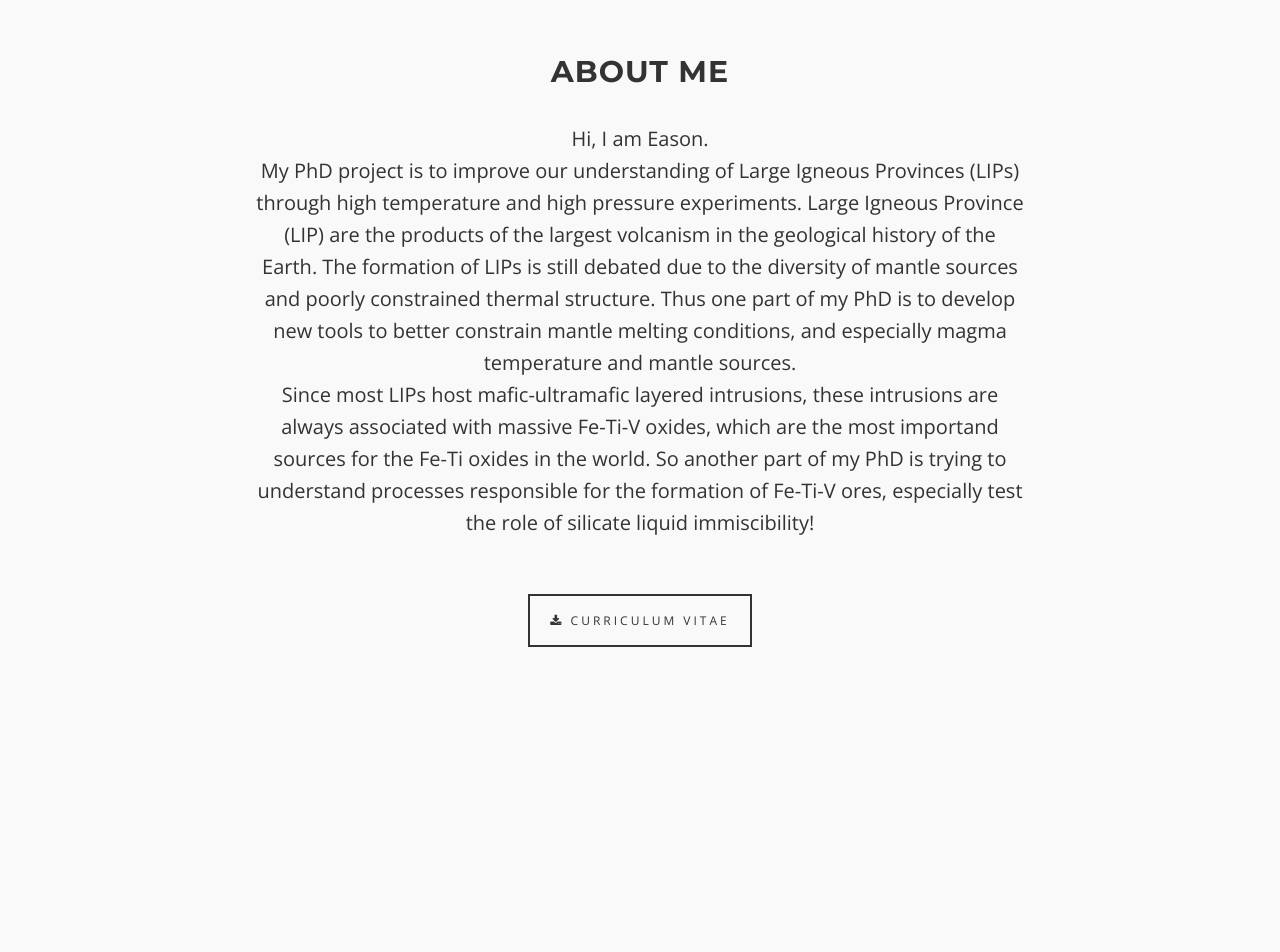
Repository: eazzzon/eazzzon.github.io
Page: aries-v1.0/index.html
An editor plug-in stored every save of this project. The page is shown before and after the next save, followed by the edit.
The browser window is 1280 px wide. The pictures show the part of the page from y = 815 to 1767 px (the page is 2228 px tall).

Above is the page before, as saved 2021-06-12 09:52:50.

### aries-v1.0/index.html
<!DOCTYPE html>
<html lang="en">
<head>
<meta charset="utf-8">
<meta http-equiv="X-UA-Compatible" content="IE=edge">
<meta name="viewport" content="width=device-width, initial-scale=1">
<meta name="description" content="">
<meta name="author" content="">
<title>yishen.zhang</title>
<!-- Bootstrap Core CSS -->
<link href="css/bootstrap.min.css" rel="stylesheet">
<!-- Custom CSS -->
<link href="css/theme.css" rel="stylesheet">
<!-- Custom Fonts -->
<link href="font-awesome/css/font-awesome.min.css" rel="stylesheet" type="text/css">
<link href="http://fonts.googleapis.com/css?family=Open+Sans:300,400,700,400italic,700italic" rel="stylesheet" type="text/css">
<link href="http://fonts.googleapis.com/css?family=Montserrat:400,700" rel="stylesheet" type="text/css">

</head>
<body id="page-top" data-spy="scroll" data-target=".navbar-fixed-top">
<!-- Navigation -->
<nav class="navbar navbar-custom navbar-fixed-top" role="navigation">
<div class="container">
	<div class="navbar-header">
		<button type="button" class="navbar-toggle" data-toggle="collapse" data-target=".navbar-main-collapse">
		<i class="fa fa-bars"></i>
		</button>
		<a class="navbar-brand page-scroll" href="index.html">
		YISHEN </a>
	</div>
	<!-- Collect the nav links, forms, and other content for toggling -->
	<div class="collapse navbar-collapse navbar-right navbar-main-collapse">
		<ul class="nav navbar-nav">
			<li>
			<a href="index.html">Home</a>
			</li>
			<li>
			<a href="portfolio-item.html">publication</a>
			</li>
			<li>
			<a href="contact.html">open source</a>
			</li>
			<li>
			<a href="page-sample.html">blog</a>
			</li>
		</ul>
	</div>
	<!-- /.navbar-collapse -->
</div>
<!-- /.container -->
</nav>
<!-- Intro Header -->
<header class="intro">
<div class="intro-body">
	<div class="container">
		<div class="row">
			<div class="col-md-8 col-md-offset-2">
				<h1 class="brand-heading">YISHEN ZHANG</h1>
				<p class="intro-text">
					PhD | Experimental petrologist | KU Leuven
				</p>
				<a href="#about" class="btn btn-circle page-scroll">
				<i class="fa fa-angle-double-down animated"></i>
				</a>
			</div>
		</div>
	</div>
</div>
</header>
<!-- About Section -->

<section id="about">
<div class="container content-section text-center">
	<div class="row">
		<h2 >ABOUT ME</h2>
		<div class="col-lg-8 col-lg-offset-2">
			<p>
				Hi, I am Eason.
				<br>
				My PhD project is to improve our understanding of Large Igneous Provinces (LIPs) through high temperature and high pressure experiments.
				Large Igneous Province (LIP) are the products of the largest volcanism in the geological history of the Earth.
				The formation of LIPs is still debated due to the diversity of mantle sources and poorly constrained thermal structure. Thus one part of my PhD is to develop new tools to better constrain mantle melting conditions, and especially magma temperature and mantle sources.
				<br>
				Since most LIPs host mafic-ultramafic layered intrusions, these intrusions are always associated with massive Fe-Ti-V oxides, which are the most importand sources for the Fe-Ti oxides in the world. So another part of my PhD is trying to understand processes responsible for the formation of Fe-Ti-V ores, especially test the role of silicate liquid immiscibility!

			</p>
			<p>
				<a href="#" class="btnghost"><i class="fa fa-download"></i> Curriculum Vitae</a>
			</p>
		</div>
	</div>
</div>
</section>


<!-- Contact Section -->
<section id="contact">
<div class="container content-section text-center">
	<div class="row">
		<div class="col-lg-8 col-lg-offset-2">
			<h2>CONTACT ME</h2>
			<p>
				<i><a href="yishen.zhang@kuleuven.be" style="border-bottom:1px dashed #ccc;">yishen.zhang@kuleuven.be</a></i>
			</p>
			<ul class="list-inline banner-social-buttons">
				<li>
				<a href="https://twitter.com/wowthemesnet" class="btn btnghost btn-lg"><i class="fa fa-twitter fa-fw"></i><span class="network-name">Twitter</span></a>
				</li>
				<li>
				<a href="https://www.facebook.com/pages/wowthemesnet/562560840468823" class="btn btnghost btn-lg"><i class="fa fa-facebook fa-fw"></i><span class="network-name">Facebook</span></a>
				</li>
				<li>
				<a href="https://plus.google.com/u/0/b/110916582192388695332/110916582192388695332/posts" class="btn btnghost btn-lg"><i class="fa fa-google-plus fa-fw"></i><span class="network-name">Google+</span></a>
				</li>
			</ul>
		</div>
	</div>
</div>
</section>
<!-- Footer -->
<footer>
<div class="container text-center">
	<p class="credits">
		twitter, github, kuleuven page
	</p>
</div>
</footer>
<!-- jQuery -->
<script src="js/jquery.js"></script>
<!-- Bootstrap Core JavaScript -->
<script src="js/bootstrap.min.js"></script>
<!-- Plugin JavaScript -->
<script src="js/jquery.easing.min.js"></script>
<!-- Custom Theme JavaScript -->
<script src="js/theme.js"></script>
</body>
</html>

### aries-v1.0/css/theme.css
/* Aries v1.0 - by WowThemes.net */
body {
	width:100%;
	height:100%;
	font-family:Open Sans,"Helvetica Neue",Helvetica,Arial,sans-serif;
	color:#fff;
	background-color:#000;
	 font-weight:300;
}
html {
	width:100%;
	height:100%;
}
h1,h2,h3,h4,h5,h6 {
	margin:0 0 35px;
	text-transform:uppercase;
	font-family:Montserrat,"Helvetica Neue",Helvetica,Arial,sans-serif;
	font-weight:700;
	letter-spacing:1px;
}
p {
	margin:0 0 25px;
	font-size:18px;
	line-height:1.5;
}
@media(min-width:768px) {
	p {
		margin:0 0 35px;
		font-size:20px;
		line-height:1.6;
	}
}
a {
	color:inherit;
	-webkit-transition:all .2s ease-in-out;
	-moz-transition:all .2s ease-in-out;
	transition:all .2s ease-in-out;
}
a:hover,a:focus {
	text-decoration:none;
	color:inherit;
}
.light {
	font-weight:400;
}
.navbar-custom {
	margin-bottom:0;
	border-bottom:1px solid rgba(255,255,255,.3);
	text-transform:uppercase;
	font-family:Montserrat,"Helvetica Neue",Helvetica,Arial,sans-serif;
	background-color:#000;
}
.navbar-custom .navbar-brand {
	font-size:20px;
	text-transform:none;
	letter-spacing:1px;
}
.navbar-custom .navbar-brand:focus {
	outline:0;
}
.navbar-custom .navbar-brand .navbar-toggle {
	padding:4px 6px;
	font-size:16px;
	color:#fff;
}
.navbar-custom .navbar-brand .navbar-toggle:focus,.navbar-custom .navbar-brand .navbar-toggle:active {
	outline:0;
}
.navbar-custom a {
}
.navbar-custom .nav li a {
	-webkit-transition:background .3s ease-in-out;
	-moz-transition:background .3s ease-in-out;
	transition:background .3s ease-in-out;
}
.navbar-custom .nav li a:hover {
	outline:0;
	color:#1ba39c;
	background-color:transparent;
}
.navbar-custom .nav li a:focus,.navbar-custom .nav li a:active {
	outline:0;
	background-color:transparent;
}
.navbar-custom .nav li.active {
	outline:0;
}
.navbar-custom .nav li.active a {
	color:#1ba39c;
}
.navbar-custom .nav li.active a:hover {
	color:#1ba39c;
}
@media(min-width:768px) {
	.navbar-custom {
		padding:20px 0;
		border-bottom:0;
		font-size:13px;
		background:0 0;
		-webkit-transition:background .5s ease-in-out,padding .5s ease-in-out;
		-moz-transition:background .5s ease-in-out,padding .5s ease-in-out;
		transition:background .5s ease-in-out,padding .5s ease-in-out;
	}
		 .navbar-custom.top-nav-collapse {
		 padding:0;
		border-bottom:1px solid rgba(255,255,255,.3);
		color:#333;
			background:#fff;
	}
	.navbar-custom.top-nav-collapse a {
		color:#333;
		display:inline-block;
	}
}
.intro {
	display:table;
	width:100%;
	height:auto;
	padding:100px 0 100px 0;
	text-align:center;
	color:#fff;
	background-image:radial-gradient(circle at 50% 50%,rgba(0,0,0,0.46),rgba(0,0,0,0.88)),url('http://unsplash.it/1600/1400?random=9');
	-webkit-background-size:cover;
	-moz-background-size:cover;
	background-size:cover;
	-o-background-size:cover;
}
.intro .intro-body {
	display:table-cell;
	vertical-align:middle;
}
.intro .intro-body .brand-heading {
	font-size:40px;
}
.intro .intro-body .intro-text {
	font-size:18px;
}
@media(min-width:768px) {
	.intro {
		height:100%;
		padding:0;
	}
	.intro .intro-body .brand-heading {
		font-size:60px;
		margin-top:90px;
		margin-bottom:20px;
		border-top:2px solid #fff;
		border-bottom:2px solid #fff;
		display:inline-block;
		padding:10px 0;
	}
	.intro .intro-body .intro-text {
		font-size:20px;
			font-weight:300;
			letter-spacing:3px;
	}
}
.btn-circle {
	width:50px;
	height:50px;
	margin-top:15px;
	line-height:40px;
	text-align:center;
	border:2px solid #fff;
	border-radius:100%!important;
	font-size:20px;
	color:#fff;
	background:0 0;
	-webkit-transition:background .3s ease-in-out;
	-moz-transition:background .3s ease-in-out;
	transition:background .3s ease-in-out;
}
.btn-circle:hover,.btn-circle:focus {
	outline:0;
	color:#fff;
	background:rgba(255,255,255,.1);
}
.btn-circle i.animated {
	-webkit-transition-property:-webkit-transform;
	-webkit-transition-duration:1s;
	-moz-transition-property:-moz-transform;
	-moz-transition-duration:1s;
}
.btn-circle:hover i.animated {
	-webkit-animation-name:pulse;
	-moz-animation-name:pulse;
	-webkit-animation-duration:1.5s;
	-moz-animation-duration:1.5s;
	-webkit-animation-iteration-count:infinite;
	-moz-animation-iteration-count:infinite;
	-webkit-animation-timing-function:linear;
	-moz-animation-timing-function:linear;
}
@-webkit-keyframes pulse {
	0% {
		-webkit-transform:scale(1);
		transform:scale(1);
	}
	50% {
		-webkit-transform:scale(1.2);
		transform:scale(1.2);
	}
	100% {
		-webkit-transform:scale(1);
		transform:scale(1);
	}
}
@-moz-keyframes pulse {
	0% {
		-moz-transform:scale(1);
		transform:scale(1);
	}
	50% {
		-moz-transform:scale(1.2);
		transform:scale(1.2);
	}
	100% {
		-moz-transform:scale(1);
		transform:scale(1);
	}
}
.content-section {
	padding:40px 0;
	clear:both;
}
@media(min-width:767px) {
	.content-section {
		padding:150px 0;
			 clear:both;
	}
}
.btn {
	border-radius:0;
	text-transform:uppercase;
	font-family:Montserrat,"Helvetica Neue",Helvetica,Arial,sans-serif;
	font-weight:400;
	-webkit-transition:all .3s ease-in-out;
	-moz-transition:all .3s ease-in-out;
	transition:all .3s ease-in-out;
}
.btn-default {
	border:1px solid #42dca3;
	color:#42dca3;
	background-color:transparent;
}
.btn-default:hover,.btn-default:focus {
	border:1px solid #42dca3;
	outline:0;
	color:#000;
	background-color:#42dca3;
}
ul.banner-social-buttons {
	margin-top:0;
}
@media(max-width:1199px) {
	ul.banner-social-buttons {
		margin-top:15px;
	}
}
@media(max-width:767px) {
	ul.banner-social-buttons li {
		display:block;
		margin-bottom:20px;
		padding:0;
	}
	ul.banner-social-buttons li:last-child {
		margin-bottom:0;
	}
}
footer {
	padding:40px 0;
	z-index:1;
	position:relative;
	clear:both;
}
footer p {
	margin:0;
	font-size:15px;
}
footer p.credits {
	text-transform:uppercase;
	font-size:13px;
	letter-spacing:3px;
}
::-moz-selection {
	text-shadow:none;
	background:#fcfcfc;
	background:rgba(255,255,255,.2);
}
::selection {
	text-shadow:none;
	background:#fcfcfc;
	background:rgba(255,255,255,.2);
}
img::selection {
	background:0 0;
}
img::-moz-selection {
	background:0 0;
}
body {
	webkit-tap-highlight-color:rgba(255,255,255,.2);
}
.bgblue {
	background:#22292c;
}
.inlineblock {
	display:inline-block;
}
p:last-child {
	margin-bottom:0;
}
p.lead {
	line-height:1.9;
}
.btnghost {
	border:2px solid #333;
	background-color:transparent;
	padding:15px 20px;
	letter-spacing:3px;
	font-size:12px;
	text-transform:uppercase;
	font-weight:400;
	color:#333;
	margin-top:20px;
	display:inline-block;
}
.btnghost:hover {
	background-color:#333;
	color:#fff;
	border:2px solid #333;
}
.bgcover {
	background-size:cover;
	background-repeat:no-repeat;
	position:relative;
}
img {
	max-width:100%;
}
.gallery ul {
	padding:0;
	margin:0;
}
.gallery img {
	max-width:100%;
	height:auto;
	padding:0;
	margin:0;
}
.gallery ul li {
	margin:0;
	position:relative;
	list-style:none;
	float:left;
	padding:0;
}
.gallery ul li a {
	display:block;
	position:relative;
	width:100%;
	height:100%;
	margin:0;
	padding:0;
	line-height:0;
}
.gallery ul li a:before {
	position:absolute;
	width:32px;
	height:32px;
	top:40%;
	left:50%;
	margin:-14px 0 0 -16px;
	/* background: url(data:[embedded picture, 2228 characters]) no-repeat; */
	content:"";
	opacity:0;
	z-index:1;
	-webkit-transition:all 0.3s linear;
	-moz-transition:all 0.3s linear;
	transition:all 0.3s linear;
}
.gallery ul li a:hover:before {
	top:50%;
	opacity:1;
}
.gallery ul li a:after {
	position:absolute;
	width:100%;
	top:0;
	bottom:0;
	background:rgba(0,0,0,0.3);
	content:"";
	opacity:0;
	-webkit-transition:all 0.3s linear;
	-moz-transition:all 0.3s linear;
	transition:all 0.3s linear;
}
.gallery ul li a:hover:after {
	opacity:1;
}
section:after {
	float:none;
	clear:both;
}
section {
	background-color:#f9f9f9;
	color:#333;
	overflow:hidden;
}
.done {
	display:none;
}
.error input,input.error,.error textarea,textarea.error {
	background-color:#ffffff;
	border-bottom:2px solid orangered !Important;
	-webkit-transition:border linear 0.2s,box-shadow linear 0.2s;
	-moz-transition:border linear 0.2s,box-shadow linear 0.2s;
	-o-transition:border linear 0.2s,box-shadow linear 0.2s;
	transition:border linear 0.2s,box-shadow linear 0.2s;
}
#contactform input,#contactform textarea {
	border:0px;
	border-bottom:2px solid #333;
	width:100%;
	background-color:transparent;
	padding:20px 0px;
	text-transform:uppercase;
	letter-spacing:2px;
	margin-bottom:20px;
}
#contactform input#submit {
	width:auto;
	border:2px solid;
	padding:10px 20px;
	display:inline-block;
}
#contactform input#submit:hover {
	background-color:#333;
	color:#fff;
	border:2px solid #333;
}
#contactform input:focus,#contactform input:active,#contactform textarea:focus,#contactform textarea:active {
	border-top:0px;
	border-bottom:2px solid lightseagreen;
	outline:0;
	outline: none;
}

### js/theme.js
// jQuery to collapse the navbar on scroll
$(window).scroll(function() {
    if ($(".navbar").offset().top > 50) {
        $(".navbar-fixed-top").addClass("top-nav-collapse");
    } else {
        $(".navbar-fixed-top").removeClass("top-nav-collapse");
    }
});

// jQuery for page scrolling feature - requires jQuery Easing plugin
$(function() {
    $('a.page-scroll').bind('click', function(event) {
        var $anchor = $(this);
        $('html, body').stop().animate({
            scrollTop: $($anchor.attr('href')).offset().top
        }, 1500, 'easeInOutExpo');
        event.preventDefault();
    });
});

// Closes the Responsive Menu on Menu Item Click
$('.navbar-collapse ul li a').click(function() {
    $('.navbar-toggle:visible').click();
});

Loaded but not shown: css/bootstrap.min.css (library); font-awesome/css/font-awesome.min.css (library); js/jquery.js (library); js/bootstrap.min.js (library); js/jquery.easing.min.js (library)

After the next save:
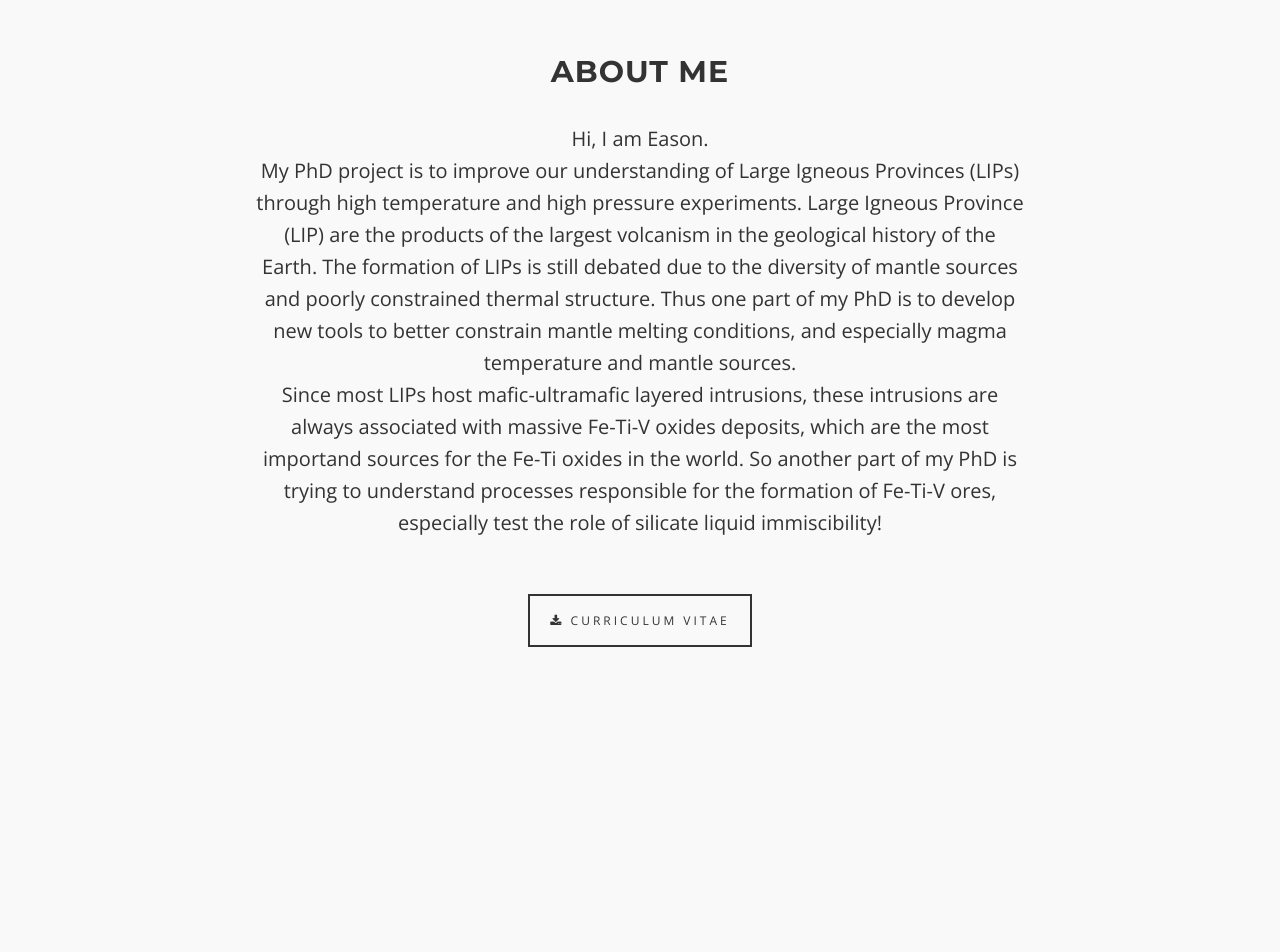
Saved 14 s later.
--- a/aries-v1.0/index.html
+++ b/aries-v1.0/index.html
@@ -81,7 +81,7 @@
 				Large Igneous Province (LIP) are the products of the largest volcanism in the geological history of the Earth.
 				The formation of LIPs is still debated due to the diversity of mantle sources and poorly constrained thermal structure. Thus one part of my PhD is to develop new tools to better constrain mantle melting conditions, and especially magma temperature and mantle sources.
 				<br>
-				Since most LIPs host mafic-ultramafic layered intrusions, these intrusions are always associated with massive Fe-Ti-V oxides, which are the most importand sources for the Fe-Ti oxides in the world. So another part of my PhD is trying to understand processes responsible for the formation of Fe-Ti-V ores, especially test the role of silicate liquid immiscibility!
+				Since most LIPs host mafic-ultramafic layered intrusions, these intrusions are always associated with massive Fe-Ti-V oxides deposits, which are the most importand sources for the Fe-Ti oxides in the world. So another part of my PhD is trying to understand processes responsible for the formation of Fe-Ti-V ores, especially test the role of silicate liquid immiscibility!
 
 			</p>
 			<p>
